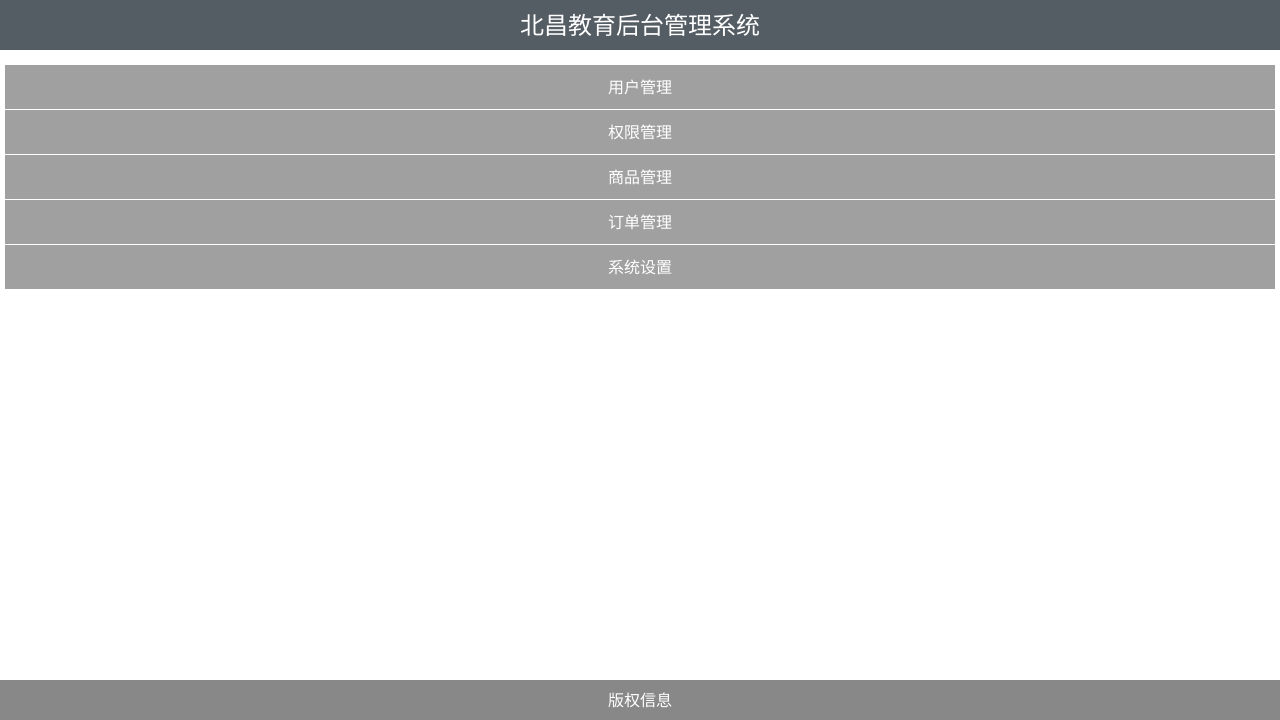
Repository: xiaosi0707/2212-v2
Page: /#/
An editor plug-in stored every save of this project. The page is shown before and after the next save, followed by the edit.
The browser window is 1280 px wide. The pictures show the whole page.
The project was rebuilt for these pictures with package versions that can differ from the ones it lists, and the page was loaded fresh each time. Also part of the build but not shown: vue.config.js.

Above is the page before, as saved 2023-11-01 14:40:11.

### src/main.js
import Vue from 'vue' // 导入vue.js相当于
import App from './App.vue' // 导入App.vue组件
// import Parent from './components/parent.vue'
// 导入路由对象
import router from './router/index.js'

// 关闭开发环境的提示
Vue.config.productionTip = false
// Vue实例
new Vue({
  render: h => h(App), // 把App组件挂载到#app的html页面上
  router // 全局挂载Vue实例对象
}).$mount('#app')

### src/App.vue
<template>
  <div id="app">
    <CustomHeader />
    <router-view />
    <CustomFooter />
  </div>
</template>
<script>
import CustomHeader from './components/houtai/header.vue'
import CustomFooter from './components/houtai/footer.vue'
export default {
  components: {
    CustomHeader,
    CustomFooter
  }
}
</script>
<style>
.router-link-exact-active {
   color:red

}
</style>

### src/router/index.js
// src/router/index.js就是当前项目的路由模块

//1．导入Vue 和VueRouter的包
import Vue from "vue";
import VueRouter from "vue-router";

//2．调用Vue.use()函数，把VueRouter安装为Vue的插件
Vue.use(VueRouter);
// 导入组件
import Main from '../components/houtai/main.vue'
//3．创建路由的实例对象
const router = new VueRouter({
  routes: [
    {
        path: '/',
        component: Main
    }
  ],
});

//4．向外共享路由的实例对象
export default router;

### src/components/houtai/header.vue
<!-- components/header.vue -->
<template>
    <header class="header">北昌教育后台管理系统</header>
  </template>
  <style scoped>
  .header {
    height: 50px;
    background-color: #545c64;
    line-height: 50px;
    text-align: center;
    font-size: 24px;
    color: #fff;
  }
  </style>

### src/components/houtai/footer.vue
<!-- components/footer.vue -->
<template>
    <footer class="footer">版权信息</footer>
  </template>
  <style scoped>
  .footer {
    height: 40px;
    line-height: 40px;
    background-color: #888;
    position: absolute;
    bottom: 0;
    width: 100%;
    text-align: center;
    color: #fff;
  }
  </style>

### src/components/houtai/main.vue
<template>
  <div class="main">
    <div class="content right">
      <div class="main-content">
        <NavMenu />
      </div>
    </div>
  </div>
</template>
<script>
import NavMenu from "./nav-menu.vue";
export default {
  components: {
    NavMenu,
  },
};
</script>
<style scoped>
.main {
  display: flex;
  position: absolute;
  top: 50px;
  bottom: 40px;
  width: 100%;
}
.content {
  flex: 1;
  text-align: center;
  height: 100%;
}
.right {
  margin: 5px;
}
.main-content {
  margin-top: 10px;
}
</style>

### src/components/houtai/nav-menu.vue
<!-- components/nav-menu.vue -->
<template>
    <div class="left">
      <ul v-for="item in list" :key="item.id">
        <li><router-link to="">{{ item.content }}</router-link></li>
      </ul>
    </div>
  </template>

  <script>
  export default {
    data() {
      return {
        list: [
          { id: 1, path: 'users', content: '用户管理' },
          { id: 2, path: 'rights', content: '权限管理' },
          { id: 3, path: 'goods', content: '商品管理' },
          { id: 4, path: 'order', content: '订单管理' },
          { id: 5, path: 'settings', content: '系统设置' }
        ]
      }
    }
  }
  </script>

  <style scoped>
  .left {
    flex: 0 0 20%;
    text-align: center;
    height: 100%;
    background-color: #545c64;
  }
  .left a {
    color: white;
    text-decoration: none;
  }
  ul {
    margin: 0;
    padding: 0;
    list-style: none;
  }
  ul li {
    height: 45px;
    line-height: 45px;
    background-color: #a0a0a0;
    color: #fff;
    cursor: pointer;
    border-bottom: 1px solid #fff;
  }
  </style>

Loaded but not shown: public/index.html (common file)

After the next save:
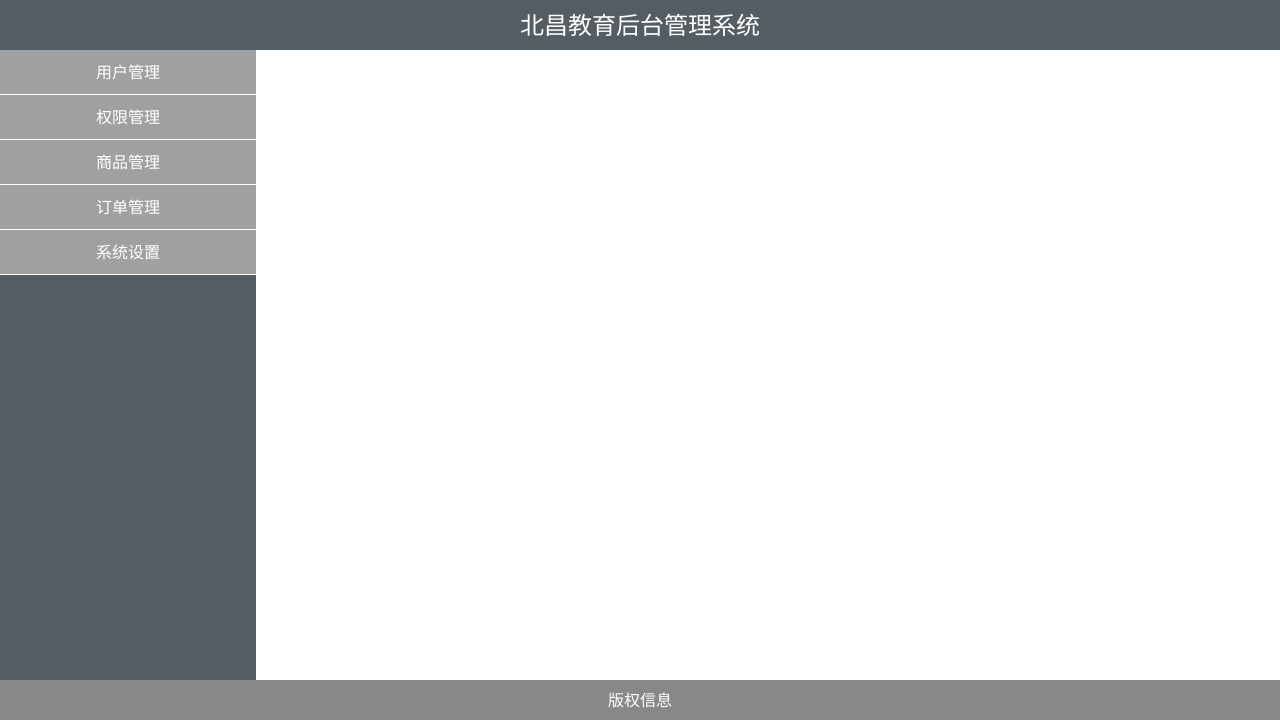
Saved 2 min 57 s later.
--- a/src/components/houtai/main.vue
+++ b/src/components/houtai/main.vue
@@ -1,8 +1,9 @@
 <template>
   <div class="main">
+    <NavMenu />
     <div class="content right">
       <div class="main-content">
-        <NavMenu />
+
       </div>
     </div>
   </div>
